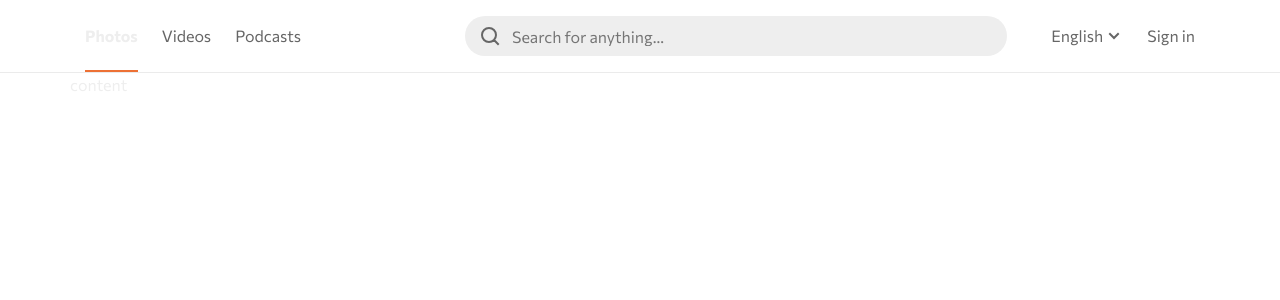
Repository: densavi/djinni
Page: index.html
An editor plug-in stored every save of this project. The page is shown before and after the next save, followed by the edit.
The browser window is 1280 px wide. The pictures show the whole page.
The style sheet was rebuilt from its Sass, Less or Tailwind sources for each picture, by a compiler version that may differ from the author's.

Above is the page before, as saved 2023-04-10 21:59:56.

After the next save:
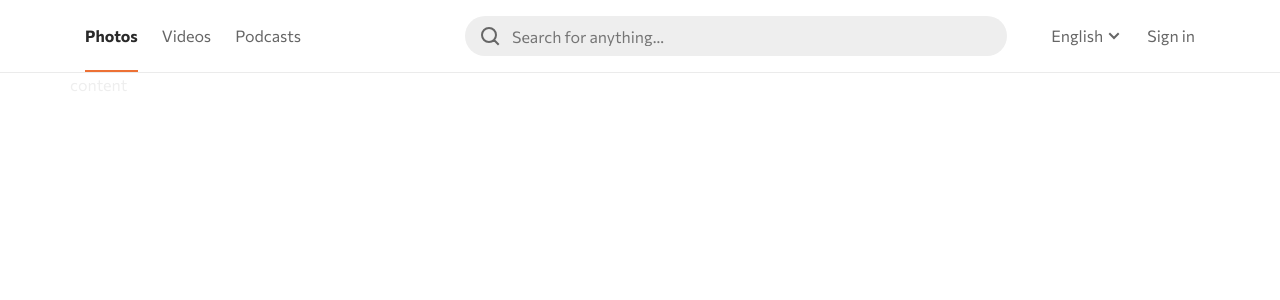
Saved 19 s later.
--- a/css/components/_header.scss
+++ b/css/components/_header.scss
@@ -81,7 +81,7 @@
       }
       &.active {
         font-weight: 700;
-        color: $lightGrey;
+        color: $darkBlack;
       }
       &:hover,
       &.active {
